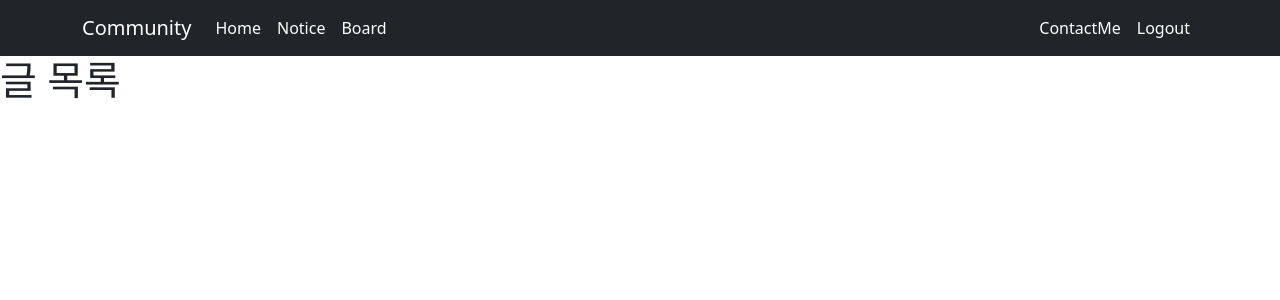
Repository: yangddoddi/community_react
Page: /posts/board
The author's editor kept a copy of each file at every save. The page is drawn from the files as they stood at one save, then again after the next save.
The browser window is 1280 px wide. The pictures show the whole page.
The page's requests for data from a server got no answer. The project was rebuilt for these pictures with package versions that can differ from the ones it lists, and the page was loaded fresh each time. No one was signed in, and anything a server would have sent is missing. Also part of the build but not shown: src/pages/Home.js, src/pages/Join.js, src/pages/Login.js, src/pages/Write.js.

Above is the page before, as saved 2022-09-06 23:44:58.

After the next save:
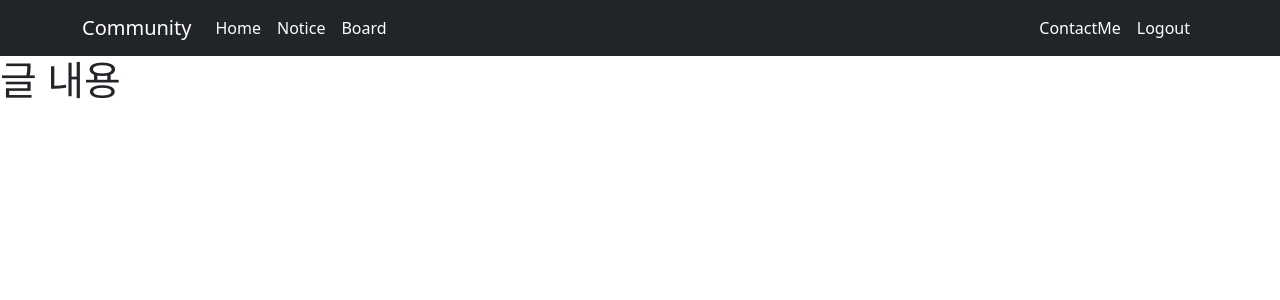
Saved 18 s later.
--- a/src/router/Routes.js
+++ b/src/router/Routes.js
@@ -2,6 +2,7 @@ import { Route, Routes } from "react-router-dom";
 import { Home } from "../pages/Home";
 import { Join } from "../pages/Join";
 import { Login } from "../pages/Login";
+import { PostItem } from "../pages/PostItem";
 import { PostList, Posts } from "../pages/Posts";
 import { Write } from "../pages/Write";
 
@@ -12,7 +13,7 @@ export const MyRoutes = () => {
       <Route path="/login" element={<Login />} />
       <Route path="/join" element={<Join />} />
       <Route path="/posts/:id/write" element={<Write />} />
-      <Route path="/posts/:id" element={<Posts />} />
+      <Route path="/posts/:id" element={<PostItem />} />
       <Route path="/posts/:category" element={<PostList />} />
       <Route path="/posts/:category" element={<PostList />} />
       <Route path="/posts/:category" element={<PostList />} />
